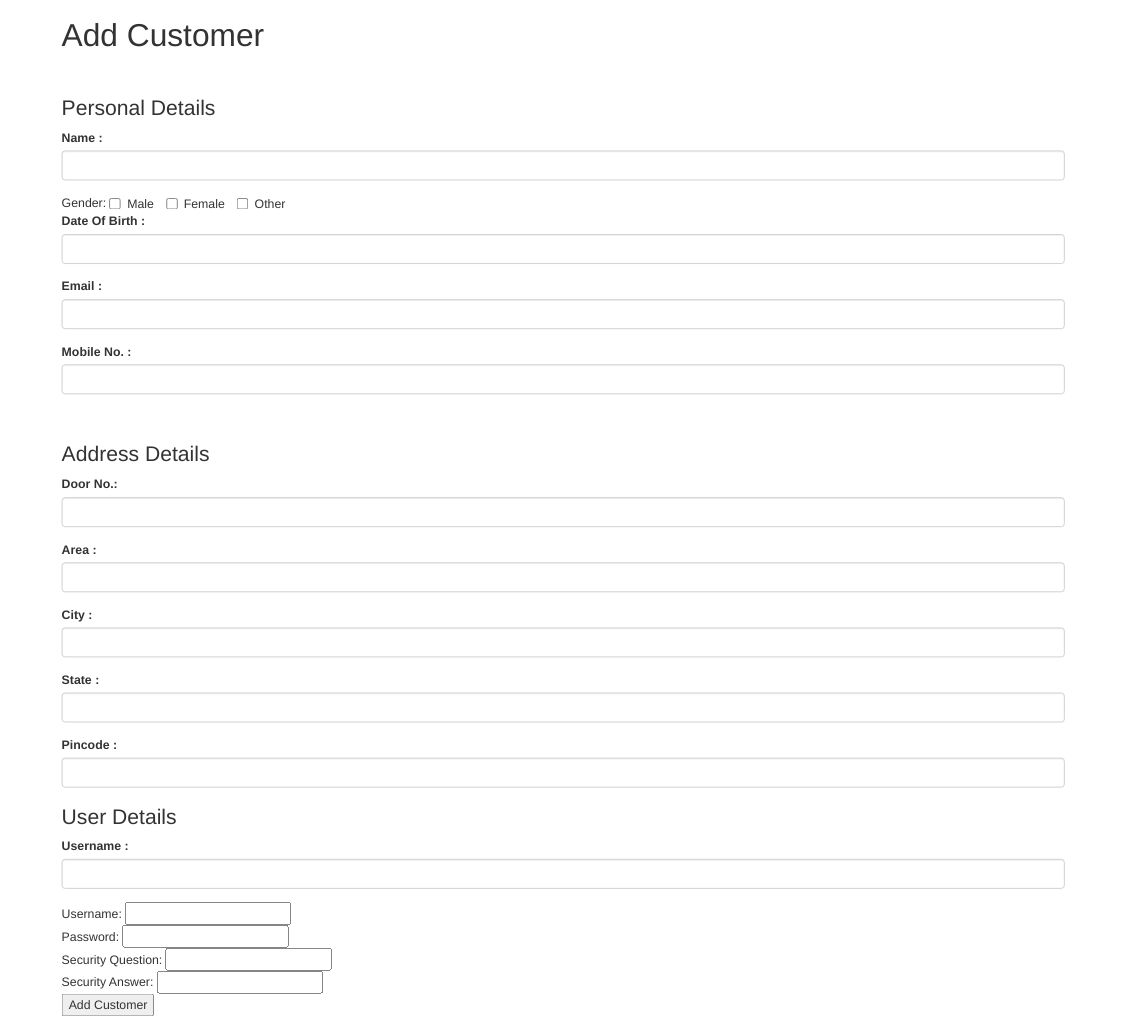
Repository: Shubham-Gawade/SpringHibernateTraining
Page: http://localhost/xorbankonline/WEB-INF/pages/addcustomer.jsp
The author's editor kept a copy of each file at every save. The page is drawn from the files as they stood at one save, then again after the next save.
The browser window is 1280 px wide. The pictures show the whole page, at 88% of full size.
The page is served by Tomcat 9. Nobody is signed in. Other server files are loaded and not shown. The template is opened directly, without the code that normally fills it, so the values that code supplies are empty.

Above is the page before, as saved 2021-10-07 04:31:42.

### xorbankonline/src/main/webapp/WEB-INF/pages/addcustomer.jsp
<%@ page language="java" contentType="text/html; charset=ISO-8859-1"
    pageEncoding="ISO-8859-1"%>
<%@ taglib prefix="form" uri="http://www.springframework.org/tags/form" %>
<!DOCTYPE html>
<html>
<head>
<meta charset="ISO-8859-1">
<title>Insert title here</title>
<link rel="stylesheet" href="https://maxcdn.bootstrapcdn.com/bootstrap/3.3.7/css/bootstrap.min.css">
</head>
<body class="container">
	<h1>Add Customer</h1>
	<form:form action="addcustomer" method="post" modelAttribute="customerObj">
		<br/>
		<h3>Personal Details</h3>
		<div class="form-group">
		    <label for="name">Name :</label>
		    <form:input type="text" path="personName" class="form-control" name="name"/>
		</div>
		Gender:
		<label class="checkbox-inline"><input type="checkbox" value="MALE">Male</label>
		<label class="checkbox-inline"><input type="checkbox" value="FEMALE">Female</label>
		<label class="checkbox-inline"><input type="checkbox" value="OTHER">Other</label>
		<div class="form-group">
		    <label for="dateOfBirth">Date Of Birth :</label>
		    <input type="text" class="form-control" name="dateOfBirth">
		</div>
		<div class="form-group">
		    <label for="email">Email :</label>
		    <form:input type="email" class="form-control" path="email" name="email"/>
		</div>
		<div class="form-group">
		    <label for="email">Mobile No. :</label>
		    <form:input type="number" class="form-control" path="mobileNo" name="mobileNo"/>
		</div>

		<br/>
		<h3>Address Details</h3>
		<div class="form-group">
		    <label for="doorNo">Door No.:</label>
		    <form:input type="text" class="form-control" path="address.doorNo" name="doorNo"/>
		</div>
		<div class="form-group">
		    <label for="area">Area :</label>
		    <form:input type="text" class="form-control" path="address.area" name="area"/>
		</div>
		<div class="form-group">
		    <label for="city">City :</label>
		    <form:input type="text" class="form-control" path="address.city" name="city"/>
		</div>
		<div class="form-group">
		    <label for="state">State :</label>
		    <form:input type="text" class="form-control" path="address.state" name="state"/>
		</div>
		<div class="form-group">
		    <label for="pincode">Pincode :</label>
		    <form:input type="text" class="form-control" path="address.picode" name="pincode"/>
		</div>

		<h3>User Details</h3>
		<div class="form-group">
		    <label for="pincode">Username :</label>
		    <form:input type="text" class="form-control" path="address.username" name="username"/>
		</div>
		Username: <form:input path="user.userName" type="text"/><br/>
		Password: <form:input path="user.password" type="password"/><br/>
		Security Question: <form:input path="user.securityQuestion" type="text"/><br/>
		Security Answer: <form:input path="user.securityAnswer" type="text"/><br/>
		<input type="submit" value="Add Customer"/>
	</form:form>
</body>
</html>

After the next save:
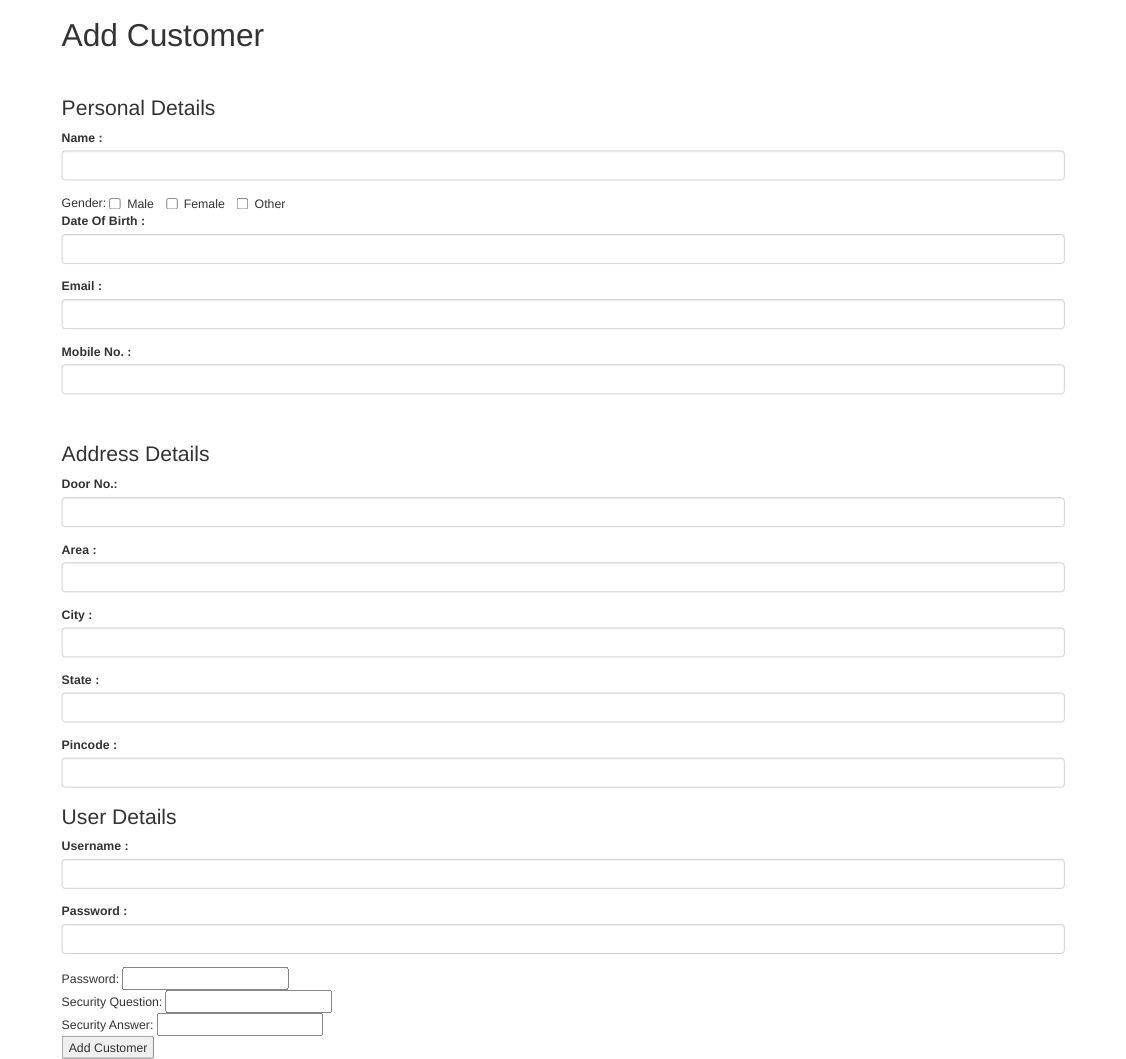
Saved 35 s later.
--- a/xorbankonline/src/main/webapp/WEB-INF/pages/addcustomer.jsp
+++ b/xorbankonline/src/main/webapp/WEB-INF/pages/addcustomer.jsp
@@ -59,10 +59,13 @@
 
 		<h3>User Details</h3>
 		<div class="form-group">
-		    <label for="pincode">Username :</label>
+		    <label for="username">Username :</label>
 		    <form:input type="text" class="form-control" path="address.username" name="username"/>
 		</div>
-		Username: <form:input path="user.userName" type="text"/><br/>
+		<div class="form-group">
+		    <label for="pincode">Password :</label>
+		    <form:input type="text" class="form-control" path="address.username" name="username"/>
+		</div>
 		Password: <form:input path="user.password" type="password"/><br/>
 		Security Question: <form:input path="user.securityQuestion" type="text"/><br/>
 		Security Answer: <form:input path="user.securityAnswer" type="text"/><br/>
